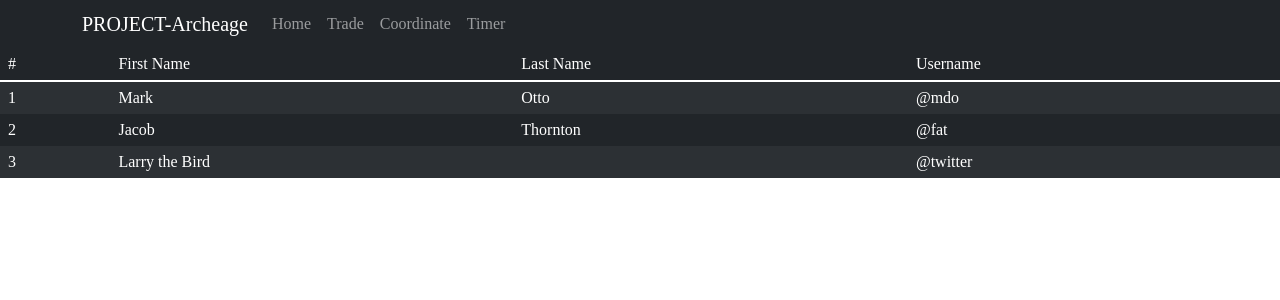
Repository: minsang98/project-archeage
Page: /timer
These files come from the project's save history. The page is drawn as it stood at one moment and after the next save; the edit follows.
The browser window is 1280 px wide. The pictures show the whole page.
The project was rebuilt for these pictures with package versions that can differ from the ones it lists, and the page was loaded fresh each time. Imported but missing from the stored project, and not drawn on this page: src/components/Timer/lol.mp3.

Above is the page before, as saved 2022-01-10 22:44:53.

After the next save:
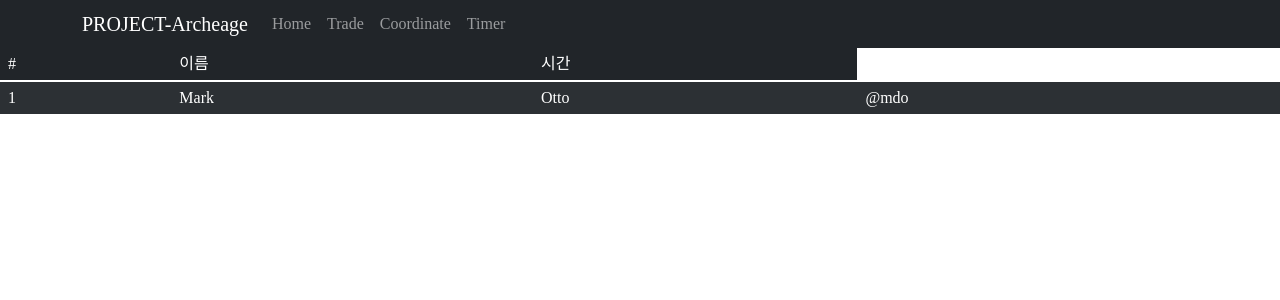
Saved 91 s later.
--- a/src/components/Timer/Timer.js
+++ b/src/components/Timer/Timer.js
@@ -17,9 +17,8 @@ const Timer = () => {
         <thead>
           <tr>
             <th>#</th>
-            <th>First Name</th>
-            <th>Last Name</th>
-            <th>Username</th>
+            <th>이름</th>
+            <th>시간</th>
           </tr>
         </thead>
         <tbody>
@@ -29,17 +28,13 @@ const Timer = () => {
             <td>Otto</td>
             <td>@mdo</td>
           </tr>
-          <tr>
-            <td>2</td>
-            <td>Jacob</td>
-            <td>Thornton</td>
-            <td>@fat</td>
-          </tr>
-          <tr>
-            <td>3</td>
-            <td colSpan={2}>Larry the Bird</td>
-            <td>@twitter</td>
-          </tr>
+          {schedule.map((v, i) => {
+            <tr>
+              <td>{i + 1}</td>
+              <td>{v.name}</td>
+              <td>{v.time}</td>
+            </tr>;
+          })}
         </tbody>
       </Table>
     </div>
